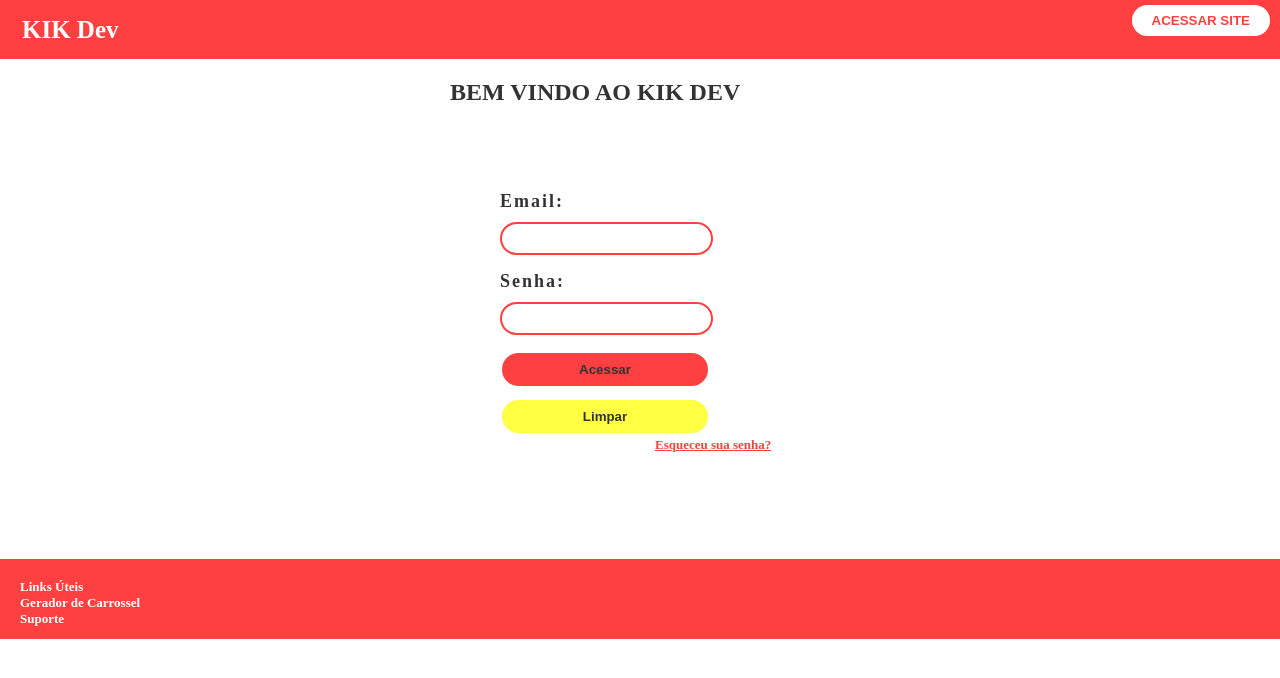
Repository: devgabrielvieira/kikdev
Page: index.html
An editor plug-in stored every save of this project. The page is shown before and after the next save, followed by the edit.
The browser window is 1280 px wide. The pictures show the whole page.

Above is the page before, as saved 2022-10-30 20:01:40.

After the next save:
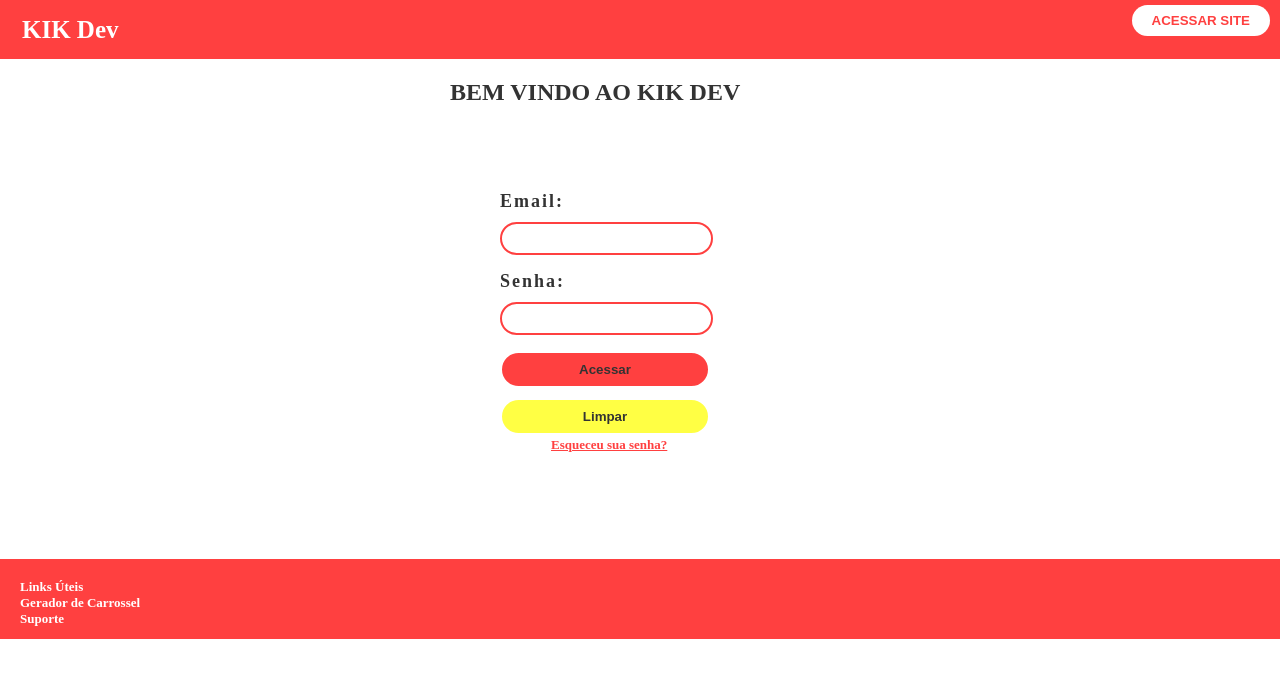
Saved 7 s later.
--- a/style.css
+++ b/style.css
@@ -159,7 +159,7 @@ input:hover {
 
 .href {
   margin: 10px 50px 0 550px;
-  padding: 0 105px;
+  padding: 0 1px;
   font-size: 13px;
   font-weight: bold;
   color: #ff4040;
